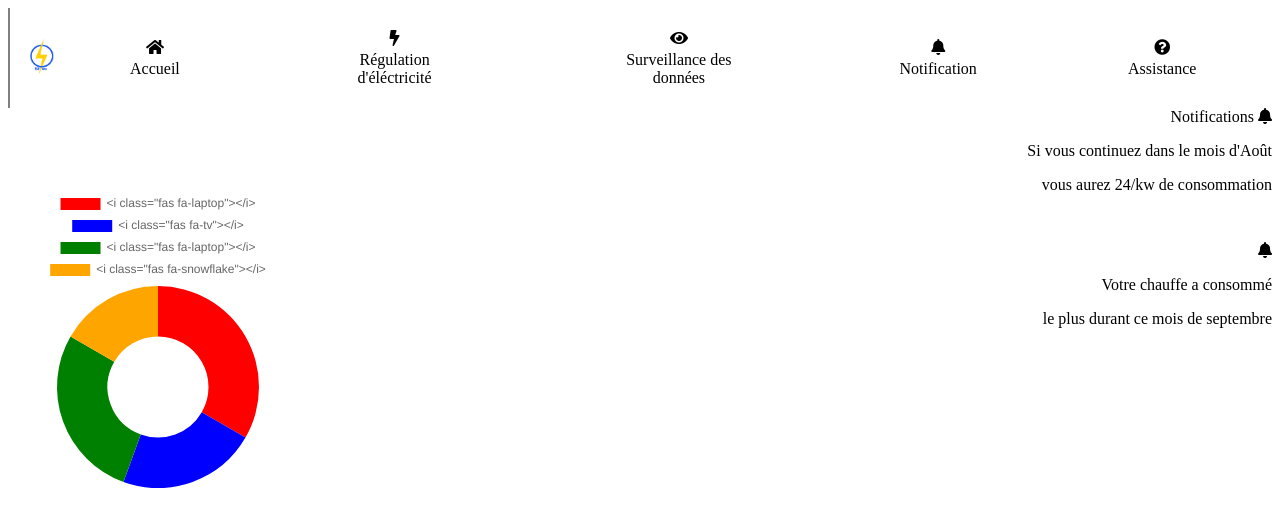
Repository: hamdia200/OSC-Ecowiz
Page: http://localhost/accueil
The author's editor kept a copy of each file at every save. The page is drawn from the files as they stood at one save, then again after the next save.
The browser window is 1280 px wide. The pictures show the whole page.
The page is served by the project's Laravel application, run on PHP 8.4 with Laravel 10.

Above is the page before, as saved 2023-08-18 13:39:09.

After the next save:
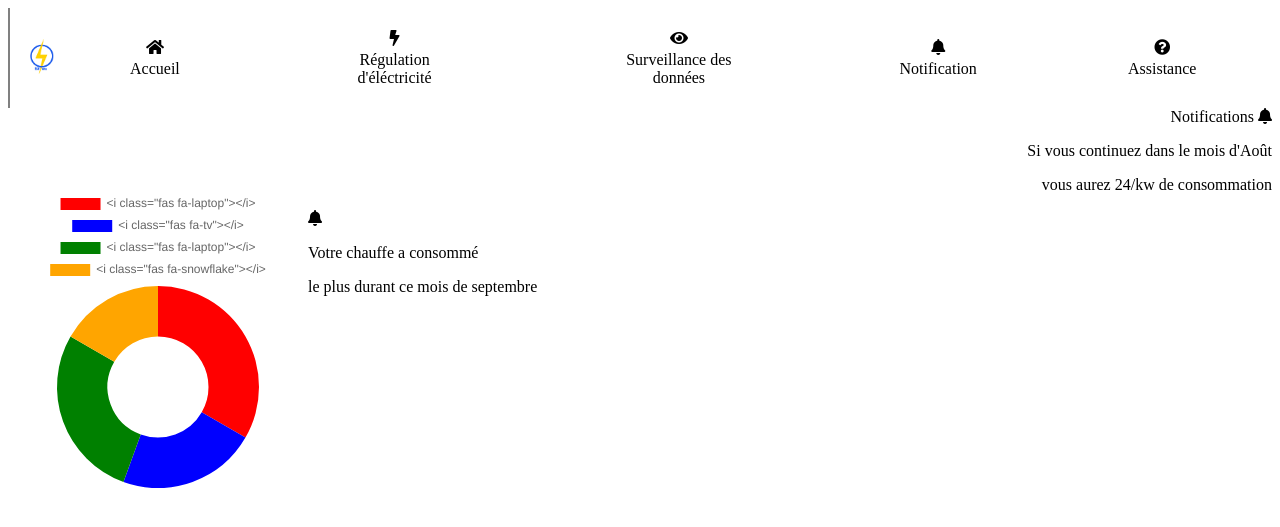
Saved 97 s later.
--- a/resources/views/accueil.blade.php
+++ b/resources/views/accueil.blade.php
@@ -17,9 +17,10 @@
             height: auto;
             float: left;
         }
-        .notifications2{
-            text-align: right;
-            margin-top: 3rem;
+        .notification-container {
+            width: 100%;
+            text-align: center;
+            margin-top: 20px;
         }
 
         .row{
